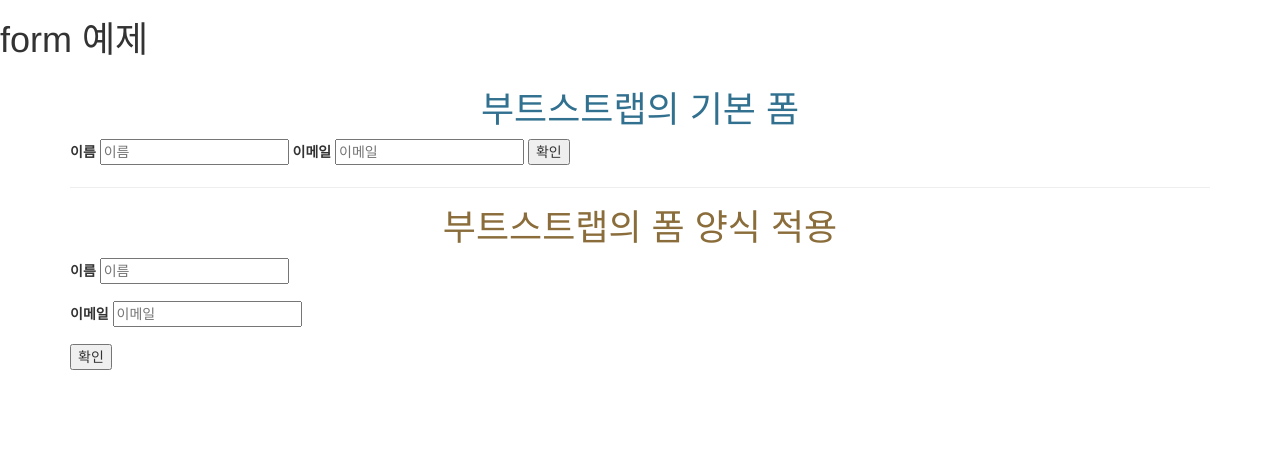
Repository: RYE415/4.jsp
Page: BootstrapTest/src/main/webapp/4.form/form1.html
An editor plug-in stored every save of this project. The page is shown before and after the next save, followed by the edit.
The browser window is 1280 px wide. The pictures show the whole page.
Some web libraries are served in a nearby version.

Above is the page before, as saved 2022-08-09 00:32:59.

After the next save:
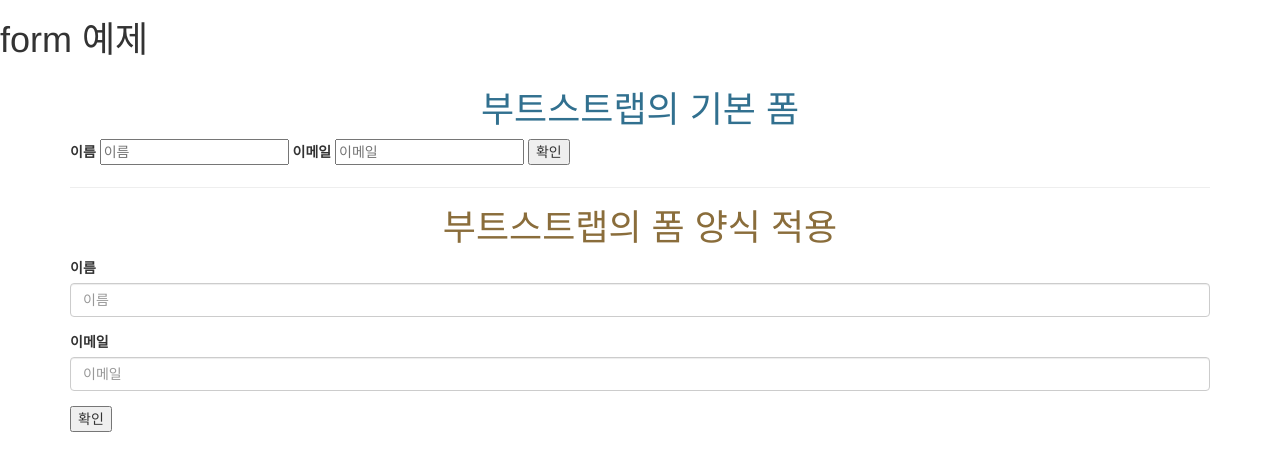
Saved 31 s later.
--- a/BootstrapTest/src/main/webapp/4.form/form1.html
+++ b/BootstrapTest/src/main/webapp/4.form/form1.html
@@ -40,11 +40,11 @@
 		 -->
 		 	<div class="form-group">
 				<label for="name">이름</label>
-				<input type="text" placeholder="이름">
+				<input type="text" class="form-control" placeholder="이름">
 			</div>
 			<div class="form-group">
 				<label for="emailaddress">이메일</label>
-				<input type="email" placeholder="이메일">
+				<input type="email" class="form-control" placeholder="이메일">
 			</div>
 			<div class="form-group">
 			<button type="submit">확인</button>
